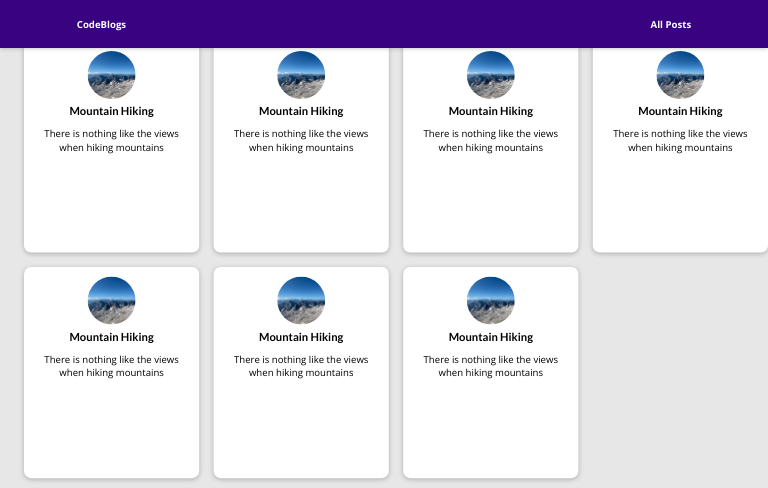
Repository: harshagr64/codeblogs
Page: http://localhost/posts
An editor plug-in stored every save of this project. The page is shown before and after the next save, followed by the edit.
The browser window is 1280 px wide. The pictures show the whole page, at 60% of full size.
The page is served by the project's application, run on Django 3.2 (manage.py).

Above is the page before, as saved 2021-08-21 11:11:59.

After the next save:
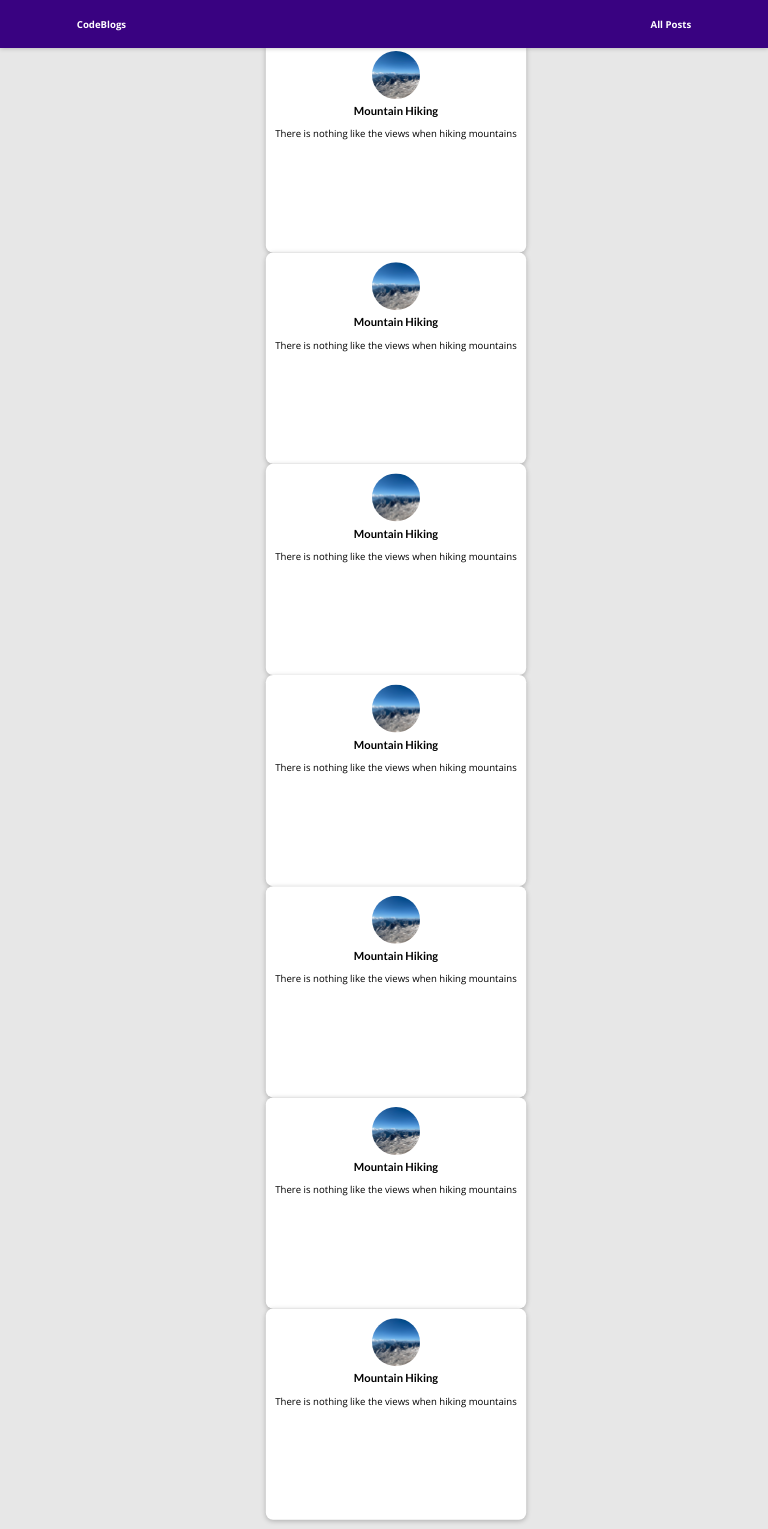
Saved 6 s later.
--- a/codeblogs/blog/static/blog/all-posts.css
+++ b/codeblogs/blog/static/blog/all-posts.css
@@ -24,9 +24,9 @@ body {
     list-style: none;
     /* margin: 0;
     padding: 0; */
-    display: grid;
+    /* display: grid;
     grid-template-columns: repeat(auto-fill, minmax(17rem, 1fr));
-    gap: 1.5rem;
+    gap: 1.5rem; */
   }
 
   .post img {
